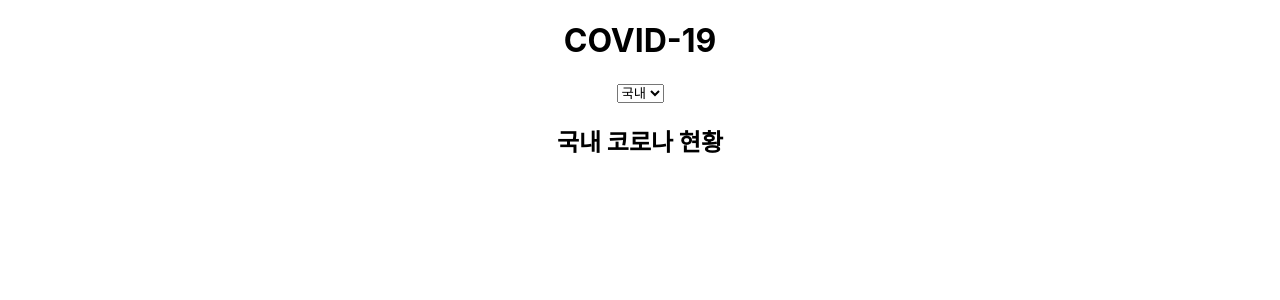
Repository: WOOBINKIM930518/test
Page: /
These files come from the project's save history. The page is drawn as it stood at one moment and after the next save; the edit follows.
The browser window is 1280 px wide. The pictures show the whole page.
The project was rebuilt for these pictures with package versions that can differ from the ones it lists, and the page was loaded fresh each time.

Above is the page before, as saved 2022-01-12 21:45:15.

### src/App.js
import logo from './logo.svg';
import './App.css';

function App() {
  return (
    <div className="App">
      <header className="App">
        <h1>COVID-19 </h1>
        <select>
        <option>국내</option>
        <option>세계</option>
        </select>
      </header>
      <section>
        <h2>국내 코로나 현황</h2>
        <div className="contents"></div>
      </section>
    </div>
  );
}

export default App;

Loaded but not shown: public/index.html (common file); src/index.js (common file); src/index.css (common file); src/reportWebVitals.js (common file); src/App.css (common file)

After the next save:
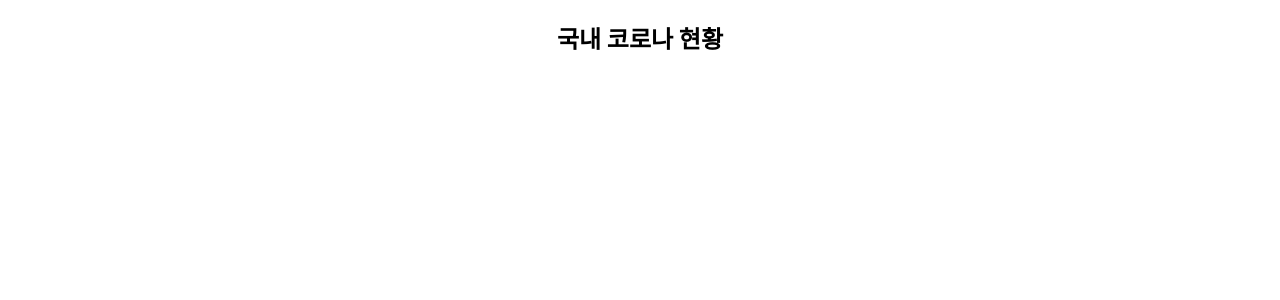
Saved 116 s later.
--- a/src/App.js
+++ b/src/App.js
@@ -4,13 +4,7 @@ import './App.css';
 function App() {
   return (
     <div className="App">
-      <header className="App">
-        <h1>COVID-19 </h1>
-        <select>
-        <option>국내</option>
-        <option>세계</option>
-        </select>
-      </header>
+
       <section>
         <h2>국내 코로나 현황</h2>
         <div className="contents"></div>
